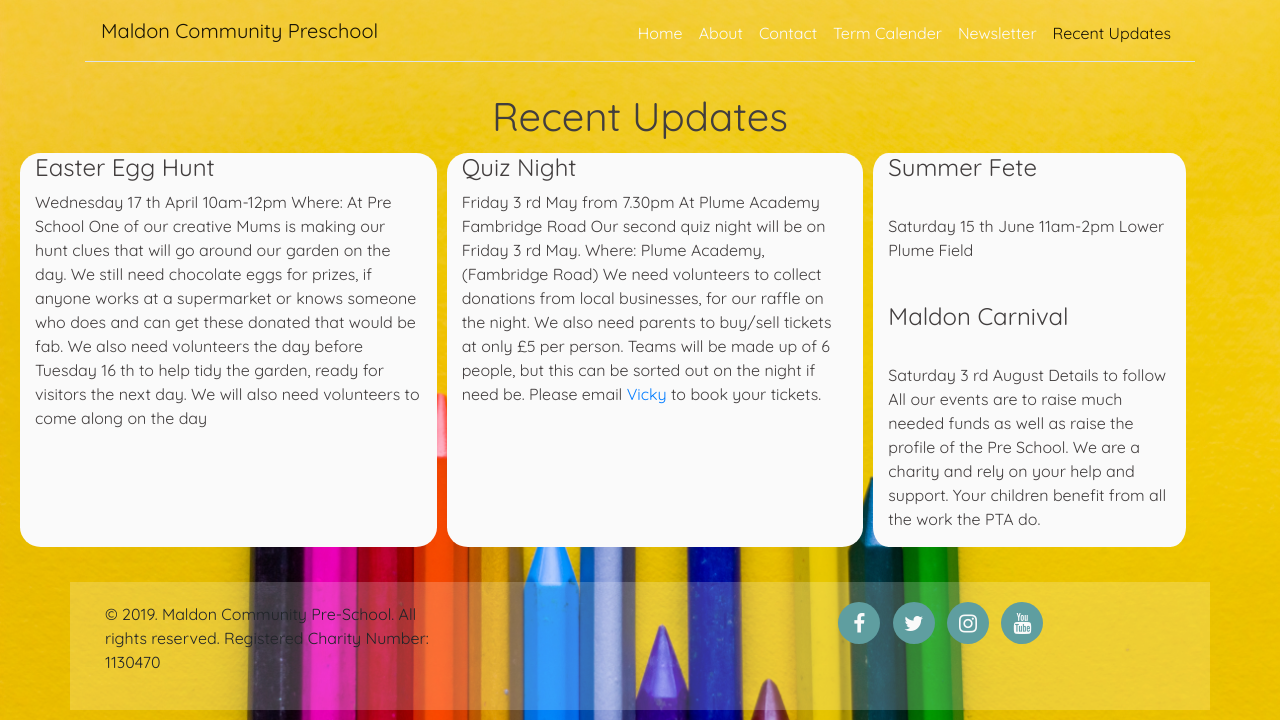
Repository: parkslee/milestone_1
Page: updates.html
The author's editor kept a record of every edit. The page is drawn from the files as they stood at one moment, then again after the next edit.
The browser window is 1280 px wide. The pictures show the whole page.
Some web libraries are served in a nearby version.

Above is the page before.

After the next edit:
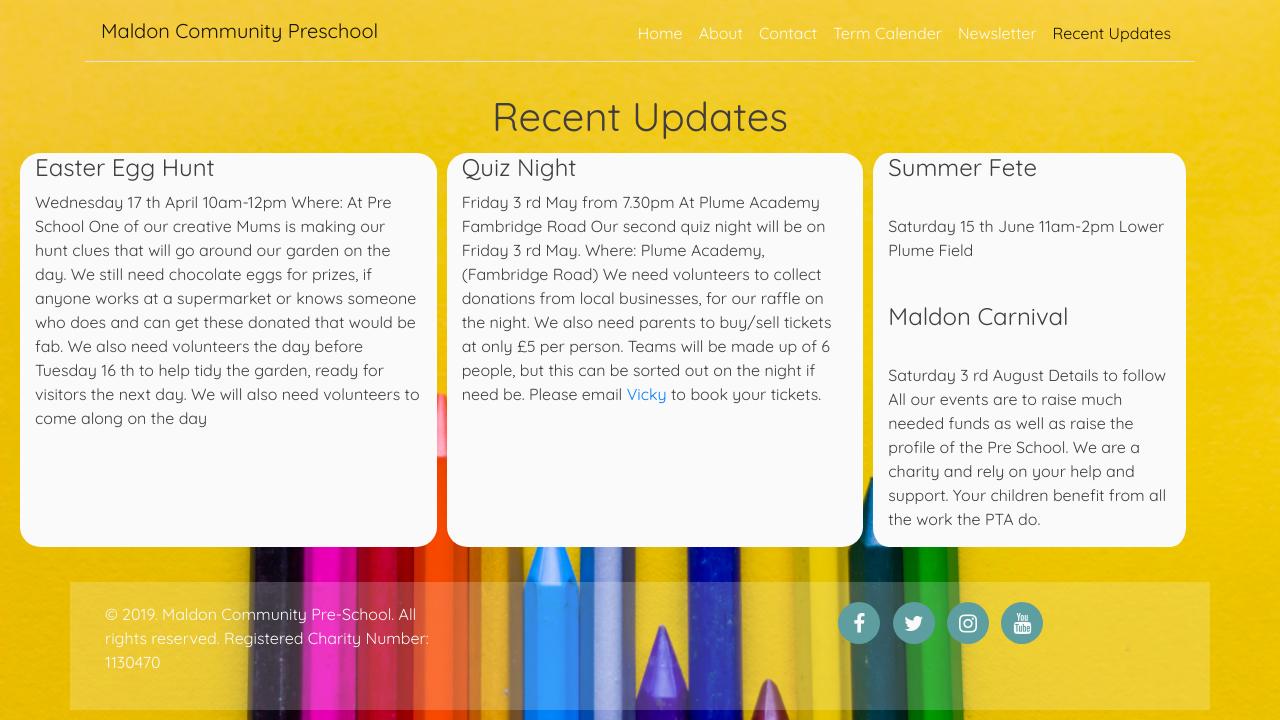
The edit:
--- a/updates.html
+++ b/updates.html
@@ -99,7 +99,7 @@
 
             <div id="footer-details" class="row">
                 <div class="col-sm-4">
-                    <p class="inline-block charity">
+                    <p class="inline-block charity" style="color:#fafafa;">
                         © 2019. Maldon Community Pre-School. All rights reserved. Registered Charity Number: 1130470 </p>
                 </div>
 
